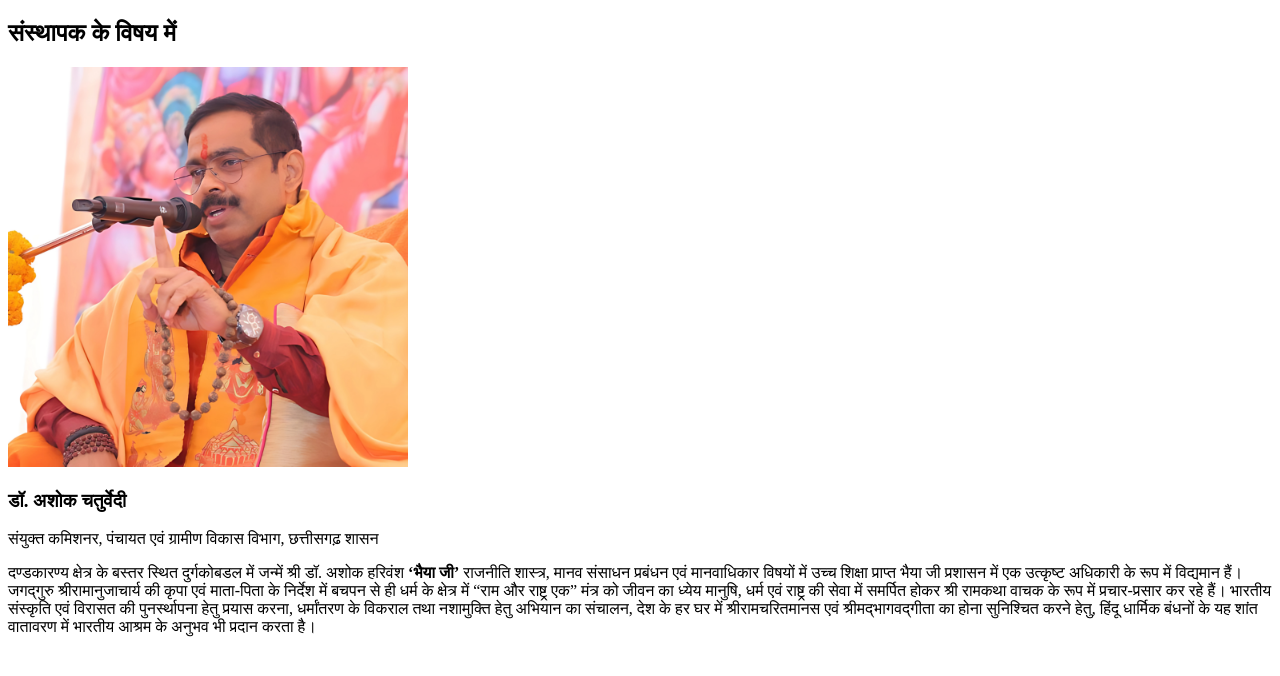
Repository: as-avni/lokmeeram
Page: /founder
An editor plug-in stored every save of this project. The page is shown before and after the next save, followed by the edit.
The browser window is 1280 px wide. The pictures show the whole page.
The project was rebuilt for these pictures with package versions that can differ from the ones it lists, and the page was loaded fresh each time. The framework's server and built-in components were replaced by stand-ins that run in the browser. Also part of the build but not shown: next.config.ts.

Above is the page before, as saved 2025-06-27 05:53:15.

After the next save:
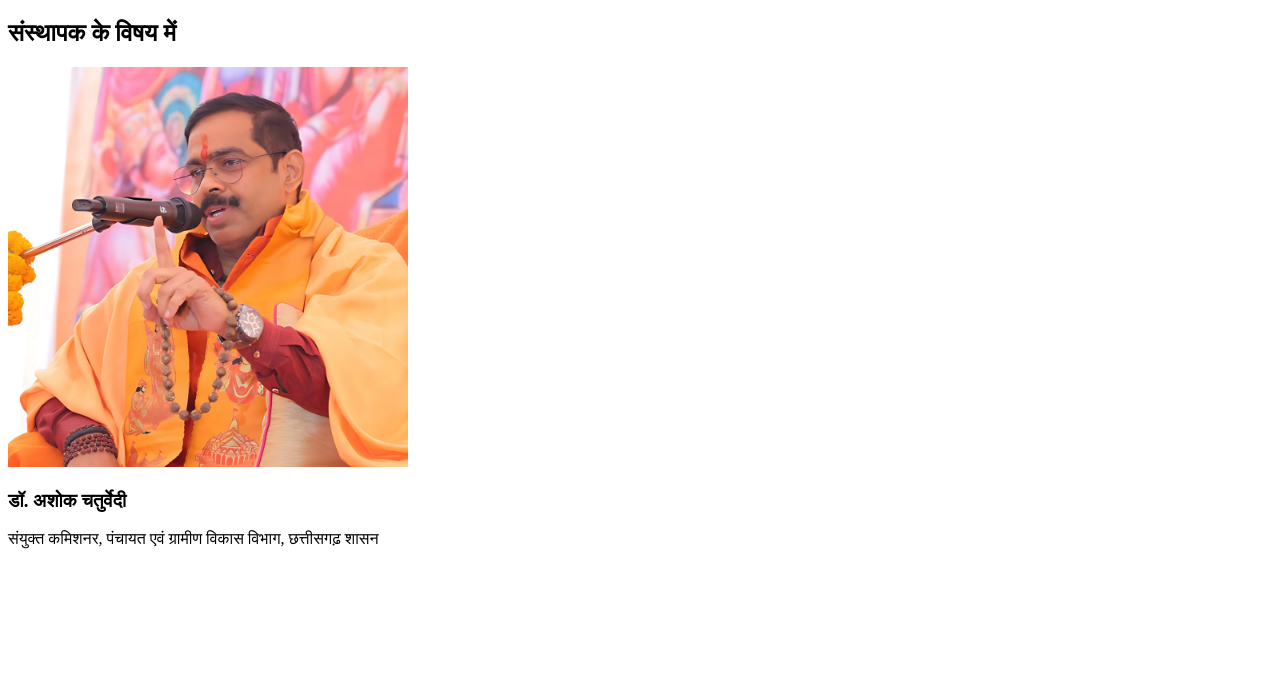
Saved 64 s later.
--- a/src/app/founder/page.tsx
+++ b/src/app/founder/page.tsx
@@ -91,13 +91,7 @@ export default function Founders() {
                         <p className="text-lg font-semibold text-gray-800 mb-2 text-center">
                             संयुक्त कमिशनर, पंचायत एवं ग्रामीण विकास विभाग, छत्तीसगढ़ शासन
                         </p>
-                        <p className="text-xl text-black w-full ">
-                            दण्डकारण्य क्षेत्र के बस्तर स्थित दुर्गकोबडल में जन्में श्री डॉ. अशोक हरिवंश <strong>‘भैया जी’</strong> राजनीति शास्त्र, मानव संसाधन प्रबंधन एवं मानवाधिकार विषयों में उच्च शिक्षा प्राप्त भैया जी प्रशासन में एक उत्कृष्ट अधिकारी के रूप में विद्यमान हैं।
 
-                            जगद्गुरु श्रीरामानुजाचार्य की कृपा एवं माता-पिता के निर्देश में बचपन से ही धर्म के क्षेत्र में “राम और राष्ट्र एक” मंत्र को जीवन का ध्येय मानुषि, धर्म एवं राष्ट्र की सेवा में समर्पित होकर श्री रामकथा वाचक के रूप में प्रचार-प्रसार कर रहे हैं।
-
-                            भारतीय संस्कृति एवं विरासत की पुनर्स्थापना हेतु प्रयास करना, धर्मांतरण के विकराल तथा नशामुक्ति हेतु अभियान का संचालन, देश के हर घर में श्रीरामचरितमानस एवं श्रीमद्भागवद्गीता का होना सुनिश्चित करने हेतु, हिंदू धार्मिक बंधनों के यह शांत वातावरण में भारतीय आश्रम के अनुभव भी प्रदान करता है।
-                        </p>
 
                     {/* Nagendra Dubey
                     <div className="p-6 bg-orange-200 shadow-lg shadow-black">
